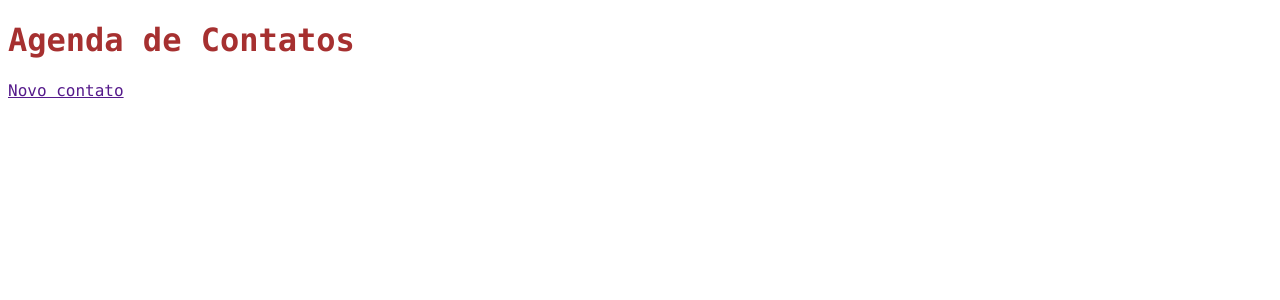
Repository: eduardoantoniojunior/ProjetoAgenda
Page: http://localhost/agenda/agenda.jsp
The author's editor kept a copy of each file at every save. The page is drawn from the files as they stood at one save, then again after the next save.
The browser window is 1280 px wide. The pictures show the whole page.
The page is served by Tomcat 9. Other server files are loaded and not shown.

Above is the page before, as saved 2025-04-08 03:31:05.

### agenda/src/main/webapp/agenda.jsp
<%@ page language="java" contentType="text/html; charset=UTF-8"
    pageEncoding="UTF-8"%>
<!DOCTYPE html>
<html lang="pt-br">
<head>
<meta charset="UTF-8">
<title>Agenda de Contatos</title>
<link rel="icon" href="img/phone">
<link rel="stylesheet" href="style.css">
</head>
<body>
	<h1>Agenda de Contatos</h1>
	<a href="">Novo contato</a>
</body>
</html>

Loaded but not shown: agenda/src/main/webapp/style.css (common file)

After the next save:
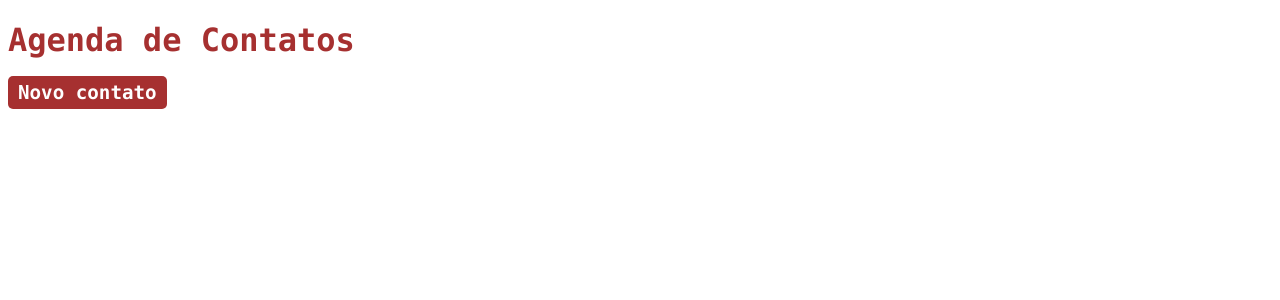
Saved 19 s later.
--- a/agenda/src/main/webapp/agenda.jsp
+++ b/agenda/src/main/webapp/agenda.jsp
@@ -10,6 +10,6 @@
 </head>
 <body>
 	<h1>Agenda de Contatos</h1>
-	<a href="">Novo contato</a>
+	<a href="" class="Botao1">Novo contato</a>
 </body>
 </html>
